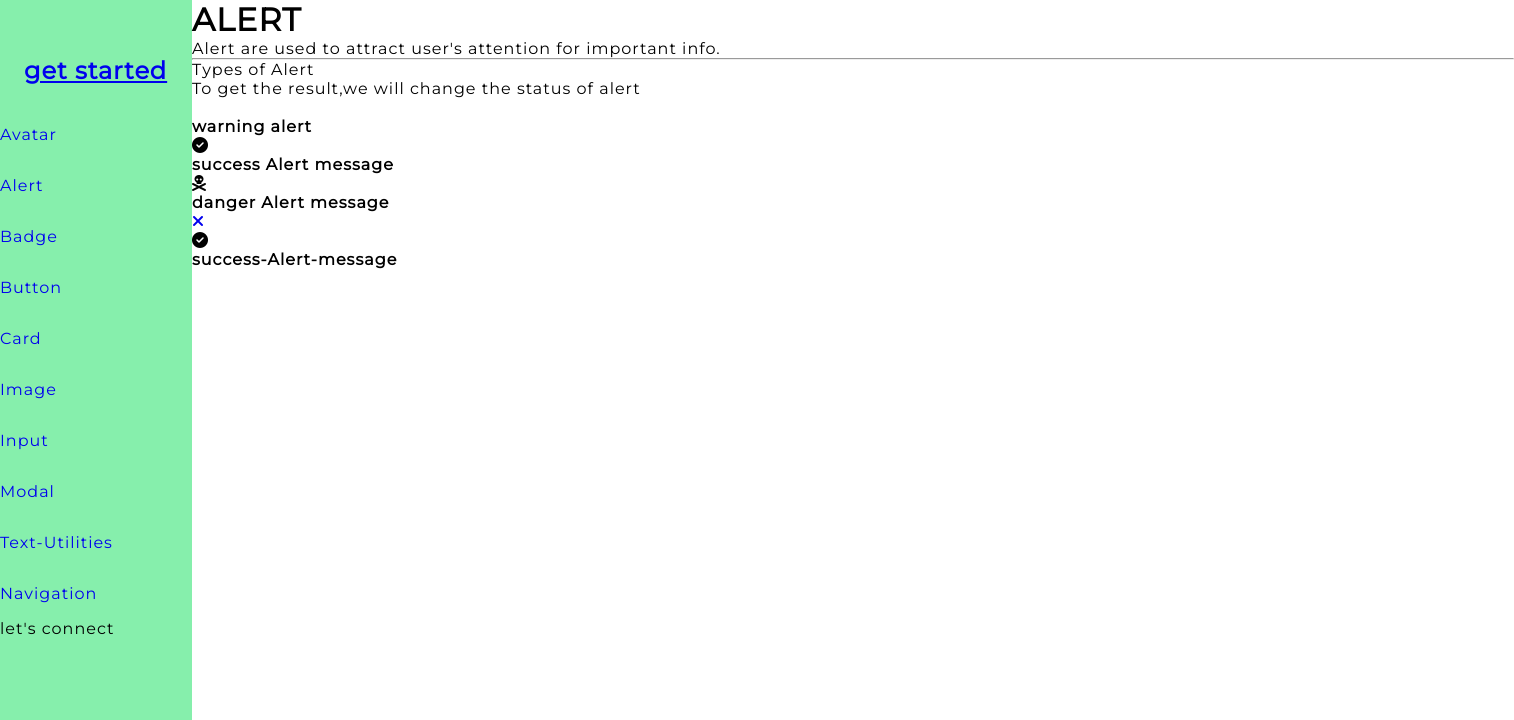
Repository: Anasooya2601/Components_UI
Page: components/Alert/Alert.html
An editor plug-in stored every save of this project. The page is shown before and after the next save, followed by the edit.
The browser window is 1280 px wide. The page is 1514 px wide, so the pictures cover 1514 px, including what lies to the right of the window. The pictures show the whole page.
Some icons come from a web library that is not loaded, so they are not drawn. Some web libraries are served in a nearby version.

Above is the page before, as saved 2022-02-12 10:40:44.
Not found: components/
Not found: components/Avatar/index.css

### components/Alert/Alert.html
<!DOCTYPE html>
<html lang="en">
<head>
    <meta charset="UTF-8">
    <meta http-equiv="X-UA-Compatible" content="IE=edge">
    <meta name="viewport" content="width=device-width, initial-scale=1.0">
    <title>Alert</title>
    <link rel="stylesheet" href="/main/main.css">
    <link rel="stylesheet" href="../comp.css">
    <link rel="stylesheet" href="https://cdnjs.cloudflare.com/ajax/libs/font-awesome/4.7.0/css/font-awesome.min.css">
    <script src="https://kit.fontawesome.com/e70e2d0aa4.js" crossorigin="anonymous"></script>
</head>
<body><!-- main -->
    <div class="main-container">
        <div class="navbar-wrapper">

            <div class="nav">
                <div class="navbar-header">
                <div class="logo">
                    <a href="/index.html"></a>
                 </div>
                </div>
            </div>

        <!-- topics -->
        <a href="/main/main.html" class="text">get started</a>
        <div class="navbar-main">
            <a href="/components/Avatar/index.html">Avatar</a>
            <a href="/components/Alert/alert.html">Alert</a>
            <a href="/components/Badge/badge.html">Badge</a>
            <a href="/components/Button/button.html">Button</a>
             <a href="/components/Card/card.html">Card</a>
             <a href="/components/Image/image.html">Image</a>
             <a href="/components/Input/input.html">Input</a>
            <a href="/components/Modal/modal">Modal</a>
            <a href="/components//TextUtilities/textutilities">Text-Utilities</a>
            <a href="/components/Navigation/navigation">Navigation</a>
        </div>
        <!-- footer -->
        <div class="footer">
            <div class="footer-text">
                <p>let's connect</p>
            </div>
        </div>
        </div>

  <!-- Alert component -->
    <div class="header">
        <div class="section-header">
            <div>
                <h1 class="text-header">ALERT</h1>
                    <p class="para">
                       Alert are used to attract user's attention for important info.
                    </p>
              <hr>

            </div>
        </div>
        <div class="section-main">

<div class="alert-info">Types of Alert
<p>To get the result,we will change the status of alert</p>
<div class="alert_main">
    <div class="alert alert-warning">
        <div class="alert-warning">
            <i class="fas fa-exclaimation-triangle"></i>
            <h4>warning alert </h4>
        </div>
    </div>
    <div class="alert alert-success">
        <div class="alert-message">
            <i class="fas fa-check-circle"></i>
            <h4>success Alert message</h4>
        </div>
    </div>
    <div class="alert alert-danger">
        <div class="alert-danger">
            <i class="fas fa-skull-crossbones"></i>
            <h4>danger Alert message</h4>
        </div>
        <a href="alert-close-btn"><i class="fas fa-times"></i></a>
    </div>
    <div class="alert alert-success">
        <div class="alert-message">
            <i class="fas fa-check-circle"></i>
            <h4>success-Alert-message</h4>
        </div>
    </div>
            </div>
        </div>
    </div>
</div>
</body>
</html>

### main/main.css
@import url('https://fonts.googleapis.com/css2?family=Montserrat&display=swap');
*{
    margin: 0;
    padding: 0;
    box-sizing: border-box;
}

body{
    letter-spacing: 1px;
}

/* color variable */
:root{
    font-family: 'Montserrat', sans-serif;
    font-weight: 400;
    --main-color:#fca5a5;
    --green:#86efac;
}

/* logo */
.logo{
    display: flex;
    justify-content: center;
}

.logo a{
    color: var(--main-color);
    font-size: 2.5rem;
    display: flex;
    align-items: flex-end;
}




.main-container{
    display: flex;
}

.text{
    font-size: 1.5rem;
    margin: 1.5rem;
    font-weight: bold;
}
/* navbar */
.navbar-wrapper{
    width: 15%;
    height: 100vh;
    font-size: 1rem;
    flex-direction: column;
    overflow-y: scroll;
display: flex;
flex-shrink: 0;
background-color: var(--green);
}
.nav{
    display: flex;
    flex-direction: column;
}
.navbar-main{
    display: flex;
    flex-direction: column;
}
.navbar-main a{
  border-radius: 40px;
  padding: 1rem 0rem 1rem 0rem;
  letter-spacing: 1px;
  transition: 0.3s all ease-in-out;
  text-decoration: none;
}
.navbar-header{
    border-bottom: var(--main-color);
    padding: 1rem;
}
hr{
    width:250%;
    text-align:left;
    margin-left:0;
    }

### components/comp.css
@import "./Alert/alert.css";
@import "./Avatar/index.css";
@import "./Button/button.css";
@import "../main/main.css";
@import"./";
@import"./";
@import"./";
@import"";
@import"";

### components/Button/button.css
@import url('https://fonts.googleapis.com/css2?family=Montserrat:ital@1&family=Roboto:ital,wght@0,400;1,300&family=Space+Grotesk:wght@700&display=swap');
.main-text{
    margin: 2rem 0;
}

.btn-container{
display: flex;
flex-wrap: wrap;
margin-top: 1.5rem;
gap: 1rem;
align-items: center;


}

.btn {
border:none;
background-color: none;
outline: none;
padding: 0.5rem 1rem;
border: 5px;
border-radius: 5px;
font-size: 1.1rem;
cursor: pointer;
color: #0e9aeb;
font-family: 'Gill Sans', 'Gill Sans MT', Calibri, 'Trebuchet MS', sans-serif;
}

.primary{
    background-color:#fbbf24 ;

}
.secondary{
    background-color: #fca5a5;
}
.danger{
    background-color: #bef264;
}
.success{
    background-color: #0369a1;
}
.warning{
    background-color: #ded48f;
}

/* outlined-button */
.outlined-sub{
    margin-top: 1.5rem;
}
.outlined-btn{
border-radius: 8px;
font-size: 1.1rem;
letter-spacing: 1px;
color:#0369a1;
background-color: white;
cursor: pointer;
padding: 0.5rem;
gap: 1rem;
}
.outlined-primary{
    border: 0.5px solid #0369a1;
}
.outlined-secondary{
    border: 0.5px solid #0369a1;
}
.outlined-warning{
    border: 0.5px solid #0369a1;
}
.outlined-attention{
    border: 0.5px solid #0369a1;
}
.btn-icon{
background-color: white;
cursor: pointer;
}
/* icon-btn */


/* floating-btn */
.btn-float{
    color: white;
    background-color: #0e9aeb;
    padding: 0.6rem 1rem;
    box-shadow: #ded48f 0px 8px 16px;
}

Loaded but not shown: components/Alert/Alert.css (no stored copy; drawn as an empty file)

After the next save:
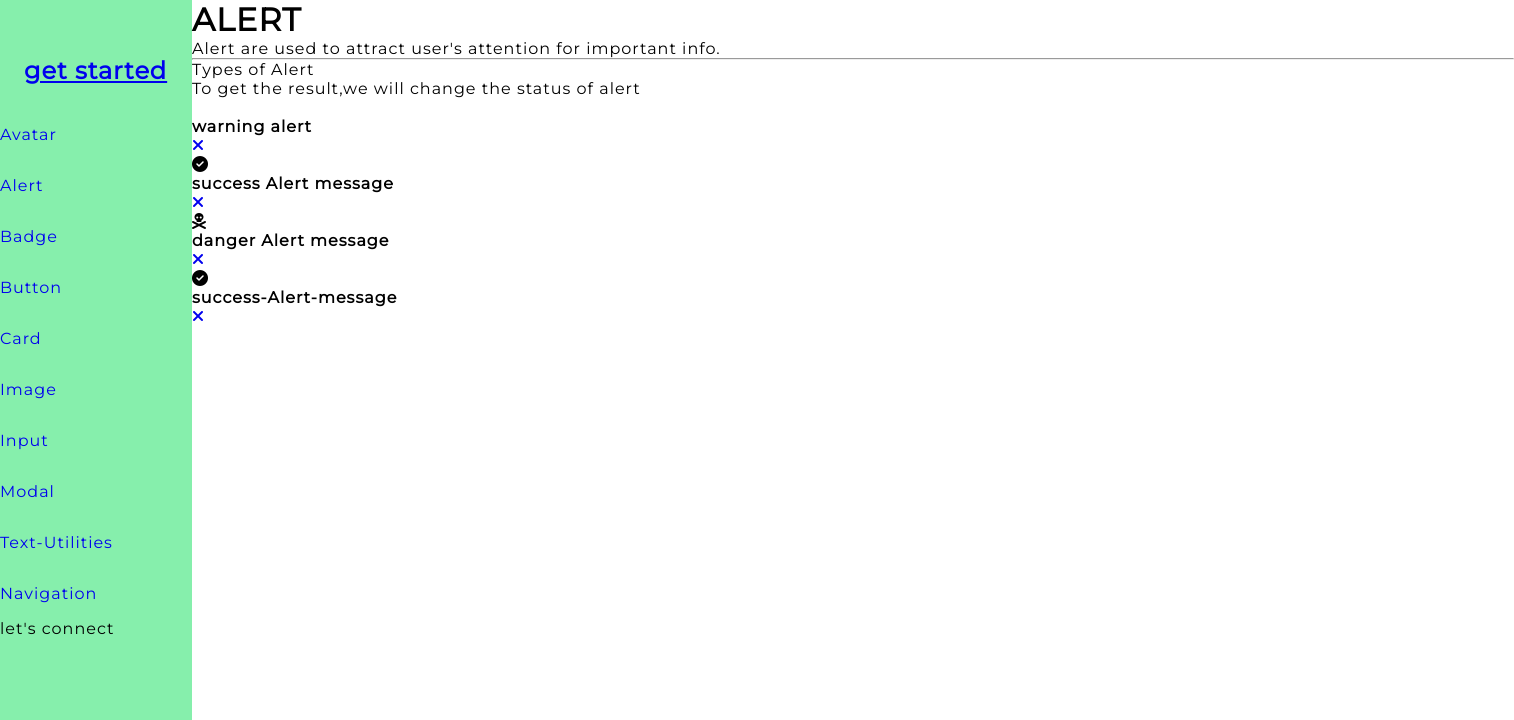
Saved 93 s later.
--- a/components/Alert/Alert.html
+++ b/components/Alert/Alert.html
@@ -66,12 +66,14 @@
             <i class="fas fa-exclaimation-triangle"></i>
             <h4>warning alert </h4>
         </div>
+        <a href="alert-close-btn"><i class="fas fa-times"></i></a>
     </div>
     <div class="alert alert-success">
         <div class="alert-message">
             <i class="fas fa-check-circle"></i>
             <h4>success Alert message</h4>
         </div>
+        <a href="alert-close-btn"><i class="fas fa-times"></i></a>
     </div>
     <div class="alert alert-danger">
         <div class="alert-danger">
@@ -80,11 +82,13 @@
         </div>
         <a href="alert-close-btn"><i class="fas fa-times"></i></a>
     </div>
+
     <div class="alert alert-success">
         <div class="alert-message">
             <i class="fas fa-check-circle"></i>
             <h4>success-Alert-message</h4>
         </div>
+        <a href="alert-close-btn"><i class="fas fa-times"></i></a>
     </div>
             </div>
         </div>
